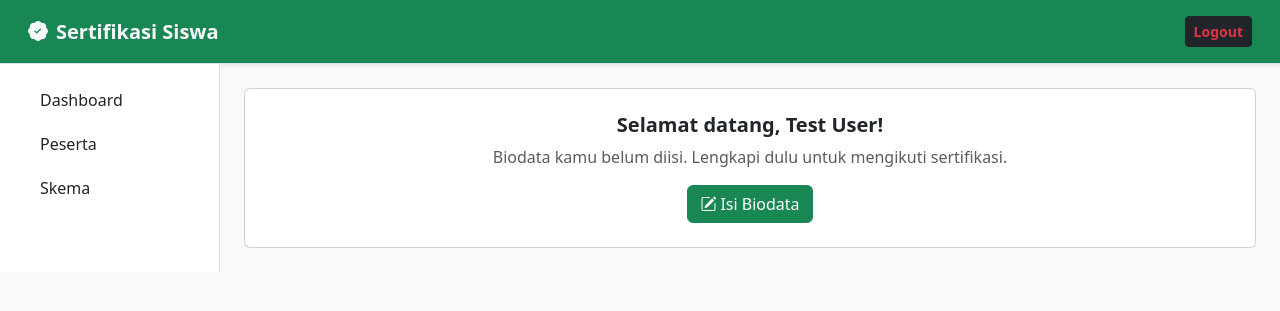
Repository: Zaki-Blip/USK_Project
Page: resources/views/user/dashboard.blade.php
These files come from the project's save history. The page is drawn as it stood at one moment and after the next save; the edit follows.
The browser window is 1280 px wide. The pictures show the whole page.
The page is served by the project's Laravel application, run on PHP 8.4 with Laravel 12. A made-up administrator, Test User (test@example.com), is signed in. Other server files are loaded and not shown. The template is opened directly, without the code that normally fills it, so the values that code supplies are empty.

Above is the page before, as saved 2026-10-13 23:08:29.

### routes/web.php
<?php

use Illuminate\Support\Facades\Route;
use App\Http\Controllers\AuthController;
use App\Http\Controllers\DashboardController;
use App\Http\Controllers\PesertaController;
use App\Http\Controllers\SkemaController;

// Halaman Awal (publik)
Route::view('/', 'halamanAwal')->name('halamanAwal');

// Area Guest (belum login)
Route::middleware('guest')->group(function () {
    Route::get('/login', [AuthController::class, 'showLogin'])->name('login');
    Route::post('/login', [AuthController::class, 'login']);

    Route::get('/register', [AuthController::class, 'showRegister'])->name('register');
    Route::post('/register', [AuthController::class, 'register']);
});

// Area Terproteksi (sudah login)
Route::middleware('auth')->group(function () {
    Route::post('/logout', [AuthController::class, 'logout'])->name('logout');
    Route::get('/dashboard', [DashboardController::class, 'index'])->name('dashboard');

    // Khusus admin
    Route::middleware('role:admin')->group(function () {
        Route::resource('peserta', PesertaController::class)
            ->parameters(['peserta' => 'peserta'])
            ->only(['destroy']);

        Route::resource('skema', SkemaController::class);
    });

    // Admin & user (pembatasan data dilakukan di controller)
    Route::resource('peserta', PesertaController::class)
        ->parameters(['peserta' => 'peserta'])
        ->only(['index', 'show', 'create', 'store', 'edit', 'update']);
});

### app/Models/User.php
<?php

namespace App\Models;

// use Illuminate\Contracts\Auth\MustVerifyEmail;
use App\Models\Peserta;
//use Database\Factories\UserFactory;
use Illuminate\Database\Eloquent\Attributes\Fillable;
use Illuminate\Database\Eloquent\Attributes\Hidden;
use Illuminate\Database\Eloquent\Factories\HasFactory;
use Illuminate\Foundation\Auth\User as Authenticatable;
use Illuminate\Notifications\Notifiable;

#[Fillable(['name', 'email', 'password','role'])]
#[Hidden(['password', 'remember_token'])]
class User extends Authenticatable
{
    /** @use HasFactory<UserFactory> */
    use HasFactory, Notifiable;

    /**
     * Get the attributes that should be cast.
     *
     * @return array<string, string>
     */
    protected function casts(): array
    {
        return [
            'email_verified_at' => 'datetime',
            'password' => 'hashed',
        ];
    }
    public function isAdmin(): bool
{
    return $this->role === 'admin';
}
    public function peserta()
{
    return $this->hasOne(Peserta::class);
}
}

### resources/views/user/dashboard.blade.php
@extends('layouts.app')

@section('title', 'Dashboard')

@section('content')
    @if(! $peserta)
        <div class="card p-4 text-center">
            <h5 class="fw-bold mb-2">Selamat datang, {{ auth()->user()->name }}!</h5>
            <p class="text-muted mb-3">Biodata kamu belum diisi. Lengkapi dulu untuk mengikuti sertifikasi.</p>
            <div>
                <a href="{{ route('peserta.create') }}" class="btn btn-success">
                    <i class="bi bi-pencil-square me-1"></i>Isi Biodata
                </a>
            </div>
        </div>
    @elseif($peserta)
        <div class="card shadow-sm p-4">
            <table class="table table-borderless mb-0">
                <div class="d-flex justify-content-between align-items-center mb-3">
                    <h5 class="mb-0">Data Saya</h5>
                </div>
                <tr>
                    <th style="width: 200px;">NIK</th>
                    <td>{{ $peserta->nik }}</td>
                </tr>
                <tr>
                    <th>Nama</th>
                    <td>{{ $peserta->nama }}</td>
                </tr>
                <tr>
                    <th>Email</th>
                    <td>{{ $peserta->email }}</td>
                </tr>
                <tr>
                    <th>No. HP</th>
                    <td>{{ $peserta->no_hp }}</td>
                </tr>
                <tr>
                    <th>Alamat</th>
                    <td>{{ $peserta->alamat }}</td>
                </tr>
                <tr>
                    <th>Skema Sertifikasi</th>
                    <td>{{ $peserta->skema?->nama_skema ?? '-' }}</td>
                </tr>
                <tr>
                    <th>Tanggal Daftar</th>
                    <td>{{ $peserta->tanggal_daftar }}</td>
                </tr>
            </table>
        </div>

    @else
        <div class="alert alert-warning mb-0">
            Data peserta untuk akun ini tidak ditemukan. Silakan hubungi admin.
        </div>
    @endif
@endsection

### resources/views/layouts/app.blade.php
<!DOCTYPE html>
<html lang="id">
<head>
    <meta charset="UTF-8">
    <meta name="viewport" content="width=device-width, initial-scale=1">
    <title>@yield('title', 'Web Sertifikasi')</title>
    <link href="https://cdn.jsdelivr.net/npm/bootstrap@5.3.0/dist/css/bootstrap.min.css" rel="stylesheet">
    <link href="https://cdn.jsdelivr.net/npm/bootstrap-icons@1.11.0/font/bootstrap-icons.css" rel="stylesheet">
</head>
<body class="bg-light min-vh-100">

    {{-- Topbar --}}
    <div class="border-bottom bg-success p-3 shadow-sm">
        <div class="container-fluid d-flex justify-content-between align-items-center">
            <span class="fw-bold text-light fs-5">
                <i class="bi bi-patch-check-fill me-2"></i>Sertifikasi Siswa
            </span>
            <form method="POST" action="{{ route('logout') }}">
                @csrf
                <button class="btn btn-sm btn-dark fw-bold text-danger">Logout</button>
            </form>
        </div>
    </div>

    <div class="d-flex flex-column flex-md-row">

        {{-- Sidebar --}}
        <aside class="bg-white border-end p-3" style="min-width: 220px;">
            <nav class="nav nav-pills flex-column gap-1">

                <a href="{{ route('dashboard') }}"
                   class="nav-link {{ request()->routeIs('dashboard') ? 'active bg-success' : 'text-dark' }}">
                    <i class="bi me-2"></i>Dashboard
                </a>
                @if(auth()->user()->isAdmin())
                    <a href="{{ route('peserta.index') }}"
                    class="nav-link {{ request()->routeIs('peserta.*') ? 'active bg-success' : 'text-dark' }}">
                        <i class="bi me-2"></i>Peserta
                    </a>

                    <a href="{{ route('skema.index') }}"
                    class="nav-link {{ request()->routeIs('skema.*') ? 'active bg-success' : 'text-dark' }}">
                        <i class="bi me-2"></i>Skema
                    </a>
                @else
                    @if(auth()->user()->peserta)
                        <a href="{{ route('peserta.show', auth()->user()->peserta) }}"
                        class="nav-link {{ request()->routeIs('peserta.show') ? 'active bg-success' : 'text-dark' }}">
                            <i class="bi me-2"></i>Data Saya
                        </a>
                    @else
                        <a href="{{ route('peserta.create') }}"
                        class="nav-link {{ request()->routeIs('peserta.create') ? 'active bg-success' : 'text-dark' }}">
                            <i class="bi me-2"></i>Isi Biodata
                        </a>
                    @endif
                @endif

            </nav>
        </aside>

        {{-- Isi Content --}}
        <main class="flex-grow-1 p-4" style="min-width: 0;">
            <div class="w-100">
                @if(session('sukses'))
                    <div class="alert alert-success">{{ session('sukses') }}</div>
                @endif
                @if(session('error'))
                    <div class="alert alert-danger">{{ session('error') }}</div>
                @endif
               @if($errors->any())
                    <div class="alert alert-danger">
                        <ul class="mb-0 ps-3">
                            @foreach($errors->all() as $pesan)
                                <li>{{ $pesan }}</li>
                            @endforeach
                        </ul>
                    </div>
                @endif
                @yield('content')
            </div>
        </main>
    </div>

    <script src="https://cdn.jsdelivr.net/npm/bootstrap@5.3.0/dist/js/bootstrap.bundle.min.js"></script>
</body>
</html>

After the next save:
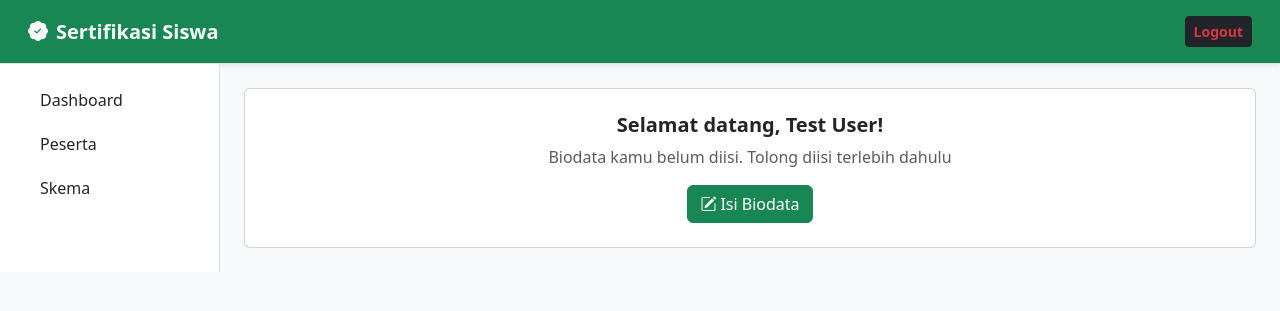
Saved 5 h 3 min later.
--- a/resources/views/user/dashboard.blade.php
+++ b/resources/views/user/dashboard.blade.php
@@ -6,7 +6,7 @@
     @if(! $peserta)
         <div class="card p-4 text-center">
             <h5 class="fw-bold mb-2">Selamat datang, {{ auth()->user()->name }}!</h5>
-            <p class="text-muted mb-3">Biodata kamu belum diisi. Lengkapi dulu untuk mengikuti sertifikasi.</p>
+            <p class="text-muted mb-3">Biodata kamu belum diisi. Tolong diisi terlebih dahulu</p>
             <div>
                 <a href="{{ route('peserta.create') }}" class="btn btn-success">
                     <i class="bi bi-pencil-square me-1"></i>Isi Biodata
